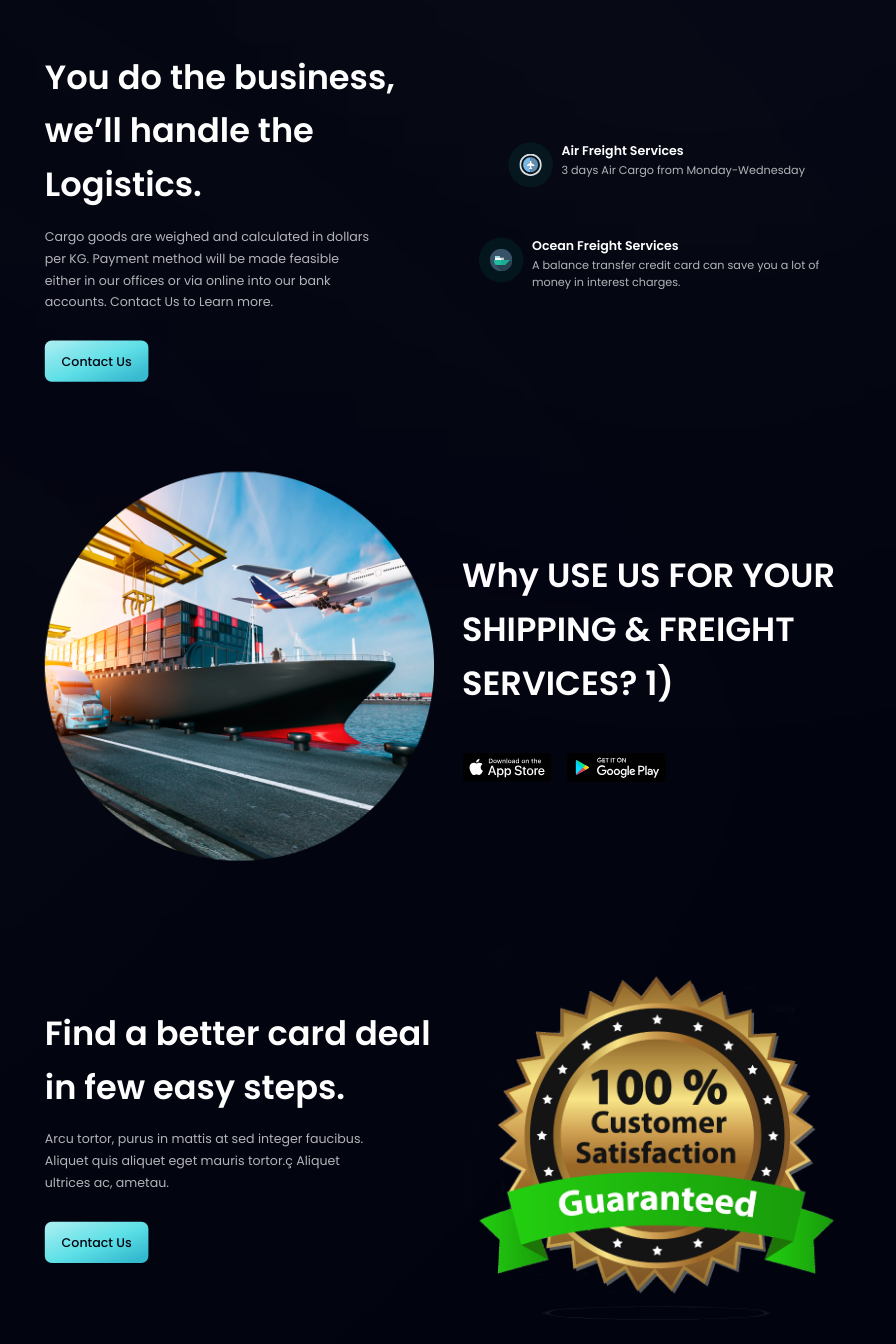
Repository: Miracleoluebube/captionlogistics
Page: /
The author's editor kept a copy of each file at every save. The page is drawn from the files as they stood at one save, then again after a run of saves.
The browser window is 1280 px wide. The pictures show the part of the page from y = 1318 to 3238 px (the page is 5409 px tall), at 70% of full size.
The project was rebuilt for these pictures with package versions that can differ from the ones it lists, and the page was loaded fresh each time. Also part of the build but not shown: vite.config.js.

Above is the page before, as saved 2022-10-02 13:08:31.

### src/index.css
/* :root {
  font-family: Inter, Avenir, Helvetica, Arial, sans-serif;
  font-size: 16px;
  line-height: 24px;
  font-weight: 400;

  color-scheme: light dark;
  color: rgba(255, 255, 255, 0.87);
  background-color: #242424;

  font-synthesis: none;
  text-rendering: optimizeLegibility;
  -webkit-font-smoothing: antialiased;
  -moz-osx-font-smoothing: grayscale;
  -webkit-text-size-adjust: 100%;
}

a {
  font-weight: 500;
  color: #646cff;
  text-decoration: inherit;
}
a:hover {
  color: #535bf2;
}

body {
  margin: 0;
  display: flex;
  place-items: center;
  min-width: 320px;
  min-height: 100vh;
}

h1 {
  font-size: 3.2em;
  line-height: 1.1;
}

button {
  border-radius: 8px;
  border: 1px solid transparent;
  padding: 0.6em 1.2em;
  font-size: 1em;
  font-weight: 500;
  font-family: inherit;
  background-color: #1a1a1a;
  cursor: pointer;
  transition: border-color 0.25s;
}
button:hover {
  border-color: #646cff;
}
button:focus,
button:focus-visible {
  outline: 4px auto -webkit-focus-ring-color;
}
*/

@import url("https://fonts.googleapis.com/css2?family=Poppins:wght@400;500;600;700;800;900&display=swap");

@tailwind base;
@tailwind components;
@tailwind utilities;

:root {
  --black-gradient: linear-gradient(
    144.39deg,
    #ffffff -278.56%,
    #6d6d6d -78.47%,
    #11101d 91.61%
  );
  --card-shadow: 0px 20px 100px -10px rgba(66, 71, 91, 0.1);
}

* {
  scroll-behavior: smooth;
}

.text-gradient {
  background: radial-gradient(
    64.18% 64.18% at 71.16% 35.69%,
    #def9fa 0.89%,
    #bef3f5 17.23%,
    #9dedf0 42.04%,
    #7de7eb 55.12%,
    #5ce1e6 71.54%,
    #33bbcf 100%
  );
  -webkit-background-clip: text;
  -webkit-text-fill-color: transparent;
  background-clip: text;
  text-fill-color: transparent;
}

.bg-blue-gradient {
  background: linear-gradient(
    157.81deg,
    #def9fa -43.27%,
    #bef3f5 -21.24%,
    #9dedf0 12.19%,
    #7de7eb 29.82%,
    #5ce1e6 51.94%,
    #33bbcf 90.29%
  );
}

.bg-black-gradient {
  background: linear-gradient(
    144.39deg,
    #ffffff -278.56%,
    #6d6d6d -78.47%,
    #11101d 91.61%
  );
}

.bg-black-gradient-2 {
  background: linear-gradient(
    -168.39deg,
    #ffffff -278.56%,
    #6d6d6d -78.47%,
    #11101d 91.61%
  );
}

.bg-gray-gradient {
  background: linear-gradient(
    153.47deg,
    rgba(255, 255, 255, 0) -341.94%,
    #14101d 95.11%
  );
}

.bg-discount-gradient {
  background: linear-gradient(125.17deg, #272727 0%, #11101d 100%);
}

.box-shadow {
  box-shadow: 0px 20px 100px -10px rgba(66, 71, 91, 0.1);
}

.sidebar {
  -webkit-animation: slide-top 0.5s cubic-bezier(0.25, 0.46, 0.45, 0.94) both;
  animation: slide-top 0.5s cubic-bezier(0.25, 0.46, 0.45, 0.94) both;
}

@-webkit-keyframes slide-top {
  0% {
    -webkit-transform: translateY(100px);
    transform: translateY(100px);
  }
  100% {
    -webkit-transform: translateY(0);
    transform: translateY(0);
  }
}

@keyframes slide-top {
  0% {
    -webkit-transform: translateY(100px);
    transform: translateY(100px);
  }
  100% {
    -webkit-transform: translateY(0);
    transform: translateY(0);
  }
}

.feature-card:hover {
  background: var(--black-gradient);
  box-shadow: var(--card-shadow);
}

.feedback-container .feedback-card:last-child {
  margin-right: 0px;
}

.feedback-card {
  background: transparent;
}

.feedback-card:hover {
  background: var(--black-gradient);
}

.blue__gradient {
  background: linear-gradient(180deg, rgba(188, 165, 255, 0) 0%, #214d76 100%);
  filter: blur(123px);
}

.pink__gradient {
  background: linear-gradient(90deg, #f4c4f3 0%, #fc67fa 100%);
  filter: blur(900px);
}

.white__gradient {
  background: rgba(255, 255, 255, 0.6);
  filter: blur(750px);
}


@media (prefers-color-scheme: light) {
  :root {
    color: #213547;
    background-color: #ffffff;
  }
  a:hover {
    color: #747bff;
  }
  button {
    background-color: #f9f9f9;
  }
}

### src/style.js
const styles = {
  boxWidth: "xl:max-w-[1280px] w-full",

  heading2: "font-poppins font-semibold xs:text-[48px] text-[40px] text-white xs:leading-[76.8px] leading-[66.8px] w-full",
  paragraph: "font-poppins font-normal text-dimWhite text-[18px] leading-[30.8px]",

  flexCenter: "flex justify-center items-center",
  flexStart: "flex justify-center items-start",

  paddingX: "sm:px-16 px-6",
  paddingY: "sm:py-16 py-6",
  padding: "sm:px-16 px-6 sm:py-12 py-4",

  marginX: "sm:mx-16 mx-6",
  marginY: "sm:my-16 my-6",
};

export const layout = {
  section: `flex md:flex-row flex-col ${styles.paddingY}`,
  sectionReverse: `flex md:flex-row flex-col-reverse ${styles.paddingY}`,

  sectionImgReverse: `flex-1 flex ${styles.flexCenter} md:mr-10 mr-0 md:mt-0 mt-10 relative`,
  sectionImg: `flex-1 flex ${styles.flexCenter} md:ml-10 ml-0 md:mt-0 mt-10 relative`,

  sectionInfo: `flex-1 ${styles.flexStart} flex-col`,
};

export default styles;

### src/components/Navbar.jsx
import { useState } from "react";

import { close, logo, menu } from "../assets";
import { navLinks } from "../constants";

const Navbar = () => {
  const [active, setActive] = useState("Home");
  const [toggle, setToggle] = useState(false);

  return (
    <nav className="w-full flex py-6 justify-between items-center navbar">
      <img src={logo} alt="hoobank" className="w-[124px] h-[32px]" />

      <ul className="list-none sm:flex hidden justify-end items-center flex-1">
        {navLinks.map((nav, index) => (
          <li
            key={nav.id}
            className={`font-poppins font-normal cursor-pointer text-[16px] ${
              active === nav.title ? "text-white" : "text-dimWhite"
            } ${index === navLinks.length - 1 ? "mr-0" : "mr-10"}`}
            onClick={() => setActive(nav.title)}
          >
            <a href={`#${nav.id}`}>{nav.title}</a>
          </li>
        ))}
      </ul>

      <div className="sm:hidden flex flex-1 justify-end items-center">
        <img
          src={toggle ? close : menu}
          alt="menu"
          className="w-[28px] h-[28px] object-contain"
          onClick={() => setToggle(!toggle)}
        />

        <div
          className={`${
            !toggle ? "hidden" : "flex"
          } p-6 bg-black-gradient absolute top-20 right-0 mx-4 my-2 min-w-[140px] rounded-xl sidebar`}
        >
          <ul className="list-none flex justify-end items-start flex-1 flex-col">
            {navLinks.map((nav, index) => (
              <li
                key={nav.id}
                className={`font-poppins font-medium cursor-pointer text-[16px] ${
                  active === nav.title ? "text-white" : "text-dimWhite"
                } ${index === navLinks.length - 1 ? "mb-0" : "mb-4"}`}
                onClick={() => setActive(nav.title)}
              >
                <a href={`#${nav.id}`}>{nav.title}</a>
              </li>
            ))}
          </ul>
        </div>
      </div>
    </nav>
  );
};

export default Navbar;

### src/components/Billing.jsx
import { apple, bill, google } from "../assets";
import styles, { layout } from "../style";

const Billing = () => (
  <section id="product" className={layout.sectionReverse}>
    <div className={layout.sectionImgReverse}>
      <img src={bill} alt="billing" className="w-[100%] h-[100%] relative z-[5]" />

      {/* gradient start */}
      <div className="absolute z-[3] -left-1/2 top-0 w-[50%] h-[50%] rounded-full white__gradient" />
      <div className="absolute z-[0] w-[50%] h-[50%] -left-1/2 bottom-0 rounded-full pink__gradient" />
      {/* gradient end */}
    </div>

    <div className={layout.sectionInfo}>
      <h2 className={styles.heading2}>
        Why USE US FOR YOUR  <br className="sm:block hidden" /> SHIPPING &
        FREIGHT SERVICES?
        1)
      </h2>
      <p className={`${styles.paragraph} max-w-[470px] mt-5`}>

      </p>

      <div className="flex flex-row flex-wrap sm:mt-10 mt-6">
        <img src={apple} alt="google_play" className="w-[128.86px] h-[42.05px] object-contain mr-5 cursor-pointer" />
        <img src={google} alt="google_play" className="w-[144.17px] h-[43.08px] object-contain cursor-pointer" />
      </div>
    </div>
  </section>
);

export default Billing;

### src/components/CardDeal.jsx
import { card } from "../assets";
import styles, { layout } from "../style";
import Button from "./Button";

const CardDeal = () => (
  <section id="contact Us" className={layout.section}>
    <div className={layout.sectionInfo}>
      <h2 className={styles.heading2}>
        Find a better card deal <br className="sm:block hidden" /> in few easy
        steps.
      </h2>
      <p className={`${styles.paragraph} max-w-[470px] mt-5`}>
        Arcu tortor, purus in mattis at sed integer faucibus. Aliquet quis
        aliquet eget mauris tortor.ç Aliquet ultrices ac, ametau.
      </p>

      <Button styles={`mt-10`} />
    </div>

    <div className={layout.sectionImg}>
      <img src={card} alt="billing" className="w-[100%] h-[100%]" />
    </div>
  </section>
);

export default CardDeal;

### src/components/Business.jsx
import { features } from "../constants";
import styles, { layout } from "../style";
import Button from "./Button";

const FeatureCard = ({ icon, title, content, index }) => (
  <div className={`flex flex-row p-6 rounded-[20px] ${index !== features.length - 1 ? "mb-6" : "mb-0"} feature-card`}>
    <div className={`w-[64px] h-[64px] rounded-full ${styles.flexCenter} bg-dimBlue`}>
      <img src={icon} alt="star" className="w-[50%] h-[50%] object-contain" />
    </div>
    <div className="flex-1 flex flex-col ml-3">
      <h4 className="font-poppins font-semibold text-white text-[18px] leading-[23.4px] mb-1">
        {title}
      </h4>
      <p className="font-poppins font-normal text-dimWhite text-[16px] leading-[24px]">
        {content}
      </p>
    </div>
  </div>
);

const Business = () =>  (
  <section id="features" className={layout.section}>
    <div className={layout.sectionInfo}>
      <h2 className={styles.heading2}>
        You do the business, <br className="sm:block hidden" /> we’ll handle
        the Logistics.
      </h2>
      <p className={`${styles.paragraph} max-w-[470px] mt-5`}>
        Cargo goods are weighed and calculated in dollars per KG.
      Payment method will be made feasible either in our offices or via online
      into our bank accounts.
      Contact Us to Learn more.
      </p>

      <Button styles={`mt-10`} />
    </div>

    <div className={`${layout.sectionImg} flex-col`}>
      {features.map((feature, index) => (
        <FeatureCard key={feature.id} {...feature} index={index} />
      ))}
    </div>
  </section>
);

export default Business;

### src/components/CTA.jsx
import styles from "../style";
import Button from "./Button";

const CTA = () => (
  <section className={`${styles.flexCenter} ${styles.marginY} ${styles.padding} sm:flex-row flex-col bg-black-gradient-2 rounded-[20px] box-shadow`}>
    <div className="flex-1 flex flex-col">
      <h2 className={styles.heading2}>Let’s try our service now!</h2>
      <p className={`${styles.paragraph} max-w-[470px] mt-5`}>
        Everything you need to accept card payments and grow your business
        anywhere on the planet.
      </p>
    </div>

    <div  className={`${styles.flexCenter} sm:ml-10 ml-0 sm:mt-0 mt-10`}>
      <Button />
    </div>
  </section>
);

export default CTA;

### src/components/Stats.jsx
import { stats } from "../constants";
import styles from "../style";

const Stats = () => (
  <section className={`${styles.flexCenter} flex-row flex-wrap sm:mb-20 mb-6`}>
    {stats.map((stat) => (
      <div key={stat.id} className={`flex-1 flex justify-start items-center flex-row m-3`} >
        <h4 className="font-poppins font-semibold xs:text-[40.89px] text-[30.89px] xs:leading-[53.16px] leading-[43.16px] text-white">
          {stat.value}
        </h4>
        <p className="font-poppins font-normal xs:text-[20.45px] text-[15.45px] xs:leading-[26.58px] leading-[21.58px] text-gradient uppercase ml-3">
          {stat.title}
        </p>
      </div>
    ))}
  </section>
);

export default Stats;

### src/components/Footer.jsx
import styles from "../style";
import { logo } from "../assets";
import { footerLinks, socialMedia } from "../constants";

const Footer = () => (
  <section className={`${styles.flexCenter} ${styles.paddingY} flex-col`}>
    <div className={`${styles.flexStart} md:flex-row flex-col mb-8 w-full`}>
      <div className="flex-[1] flex flex-col justify-start mr-10">
        <img
          src={logo}
          alt="hoobank"
          className="w-[266px] h-[72.14px] object-contain"
        />
        <p className={`${styles.paragraph} mt-4 max-w-[312px]`}>
         Head Office address: Number 10&11, A.O plaza, ground floor,
         Mandilas market Lagos island
        </p>
      </div>

      <div className="flex-[1.5] w-full flex flex-row justify-between flex-wrap md:mt-0 mt-10">
        {footerLinks.map((footerlink) => (
          <div key={footerlink.title} className={`flex flex-col ss:my-0 my-4 min-w-[150px]`}>
            <h4 className="font-poppins font-medium text-[18px] leading-[27px] text-white">
              {footerlink.title}
            </h4>
            <ul className="list-none mt-4">
              {footerlink.links.map((link, index) => (
                <li
                  key={link.name}
                  className={`font-poppins font-normal text-[16px] leading-[24px] text-dimWhite hover:text-secondary cursor-pointer ${
                    index !== footerlink.links.length - 1 ? "mb-4" : "mb-0"
                  }`}
                >
                  {link.name}
                </li>
              ))}
            </ul>
          </div>
        ))}
      </div>
    </div>

    <div className="w-full flex justify-between items-center md:flex-row flex-col pt-6 border-t-[1px] border-t-[#3F3E45]">
      <p className="font-poppins font-normal text-center text-[18px] leading-[27px] text-white">
        Copyright Ⓒ 2022. CaptionLogistics. All Rights Reserved.
      </p>

      <div className="flex flex-row md:mt-0 mt-6">
        {socialMedia.map((social, index) => (
          <img
            key={social.id}
            src={social.icon}
            alt={social.id}
            className={`w-[21px] h-[21px] object-contain cursor-pointer ${
              index !== socialMedia.length - 1 ? "mr-6" : "mr-0"
            }`}
            onClick={() => window.open(social.link)}
          />
        ))}
      </div>
    </div>
  </section>
);

export default Footer;

### src/components/Testimonials.jsx
import { feedback } from "../constants";
import styles from "../style";
import FeedbackCard from "./FeedbackCard";

const Testimonials = () => (
  <section id="clients" className={`${styles.paddingY} ${styles.flexCenter} flex-col relative `}>
    <div className="absolute z-[0] w-[60%] h-[60%] -right-[50%] rounded-full blue__gradient bottom-40" />

    <div className="w-full flex justify-between items-center md:flex-row flex-col sm:mb-16 mb-6 relative z-[1]">
      <h2 className={styles.heading2}>
        What People are <br className="sm:block hidden" /> saying about us
      </h2>
      <div className="w-full md:mt-0 mt-6">
        <p className={`${styles.paragraph} text-left max-w-[450px]`}>
          Everything you need to accept card payments and grow your business
          anywhere on the planet.
        </p>
      </div>
    </div>

    <div className="flex flex-wrap sm:justify-start justify-center w-full feedback-container relative z-[1]">
      {feedback.map((card) => <FeedbackCard key={card.id} {...card} />)}
    </div>
  </section>
);

export default Testimonials;

### src/components/Hero.jsx
import styles from "../style";
import { discount, robot } from "../assets";
import GetStarted from "./GetStarted";

const Hero = () => {
  return (
    <section id="home" className={`flex md:flex-row flex-col ${styles.paddingY}`}>
      <div className={`flex-1 ${styles.flexStart} flex-col xl:px-0 sm:px-16 px-6`}>
        <div className="flex flex-row items-center py-[6px] px-4 bg-discount-gradient rounded-[10px] mb-2">
          <img src={discount} alt="discount" className="w-[32px] h-[32px]" />
          <p className={`${styles.paragraph} ml-2`}>
            <span className="text-white">Call us </span> +234{" "}
            <span className="text-white">806 {" "} 750 {" "} 7539</span>
          </p>
        </div>

        <div className="flex flex-row justify-between items-center w-full">
          <h1 className="flex-1 font-poppins font-semibold ss:text-[72px] text-[52px] text-white ss:leading-[100.8px] leading-[75px]">
            Your trusted <br className="sm:block hidden" />{" "}
            <span className="text-gradient">Freight & Shipping</span>{" "}
          </h1>
          <div className="ss:flex hidden md:mr-4 mr-0">
            <GetStarted />
          </div>
        </div>

        <h1 className="font-poppins font-semibold ss:text-[68px] text-[52px] text-white ss:leading-[100.8px] leading-[75px] w-full">
  company From Turkey to Nigeria.
        </h1>
        <p className={`${styles.paragraph} max-w-[470px] mt-5`}>
          We are a  full-service Cargo and Logistics
          company registered under the federal Republic of Nigeria that offers freight
          and shipping of goods from Turkey
          to Nigeria.Our Mission is to retain our leadership
          in providing affordable
          & efficient service. Visit us Today.
        </p>
      </div>

      <div className={`flex-1 flex ${styles.flexCenter} md:my-0 my-10 relative`}>
        <img src={robot} alt="billing" className="w-[100%] h-[100%] relative z-[5]" />

        {/* gradient start */}
        <div className="absolute z-[0] w-[40%] h-[35%] top-0 pink__gradient" />
        <div className="absolute z-[1] w-[80%] h-[80%] rounded-full white__gradient bottom-40" />
        <div className="absolute z-[0] w-[50%] h-[50%] right-20 bottom-20 blue__gradient" />
        {/* gradient end */}
      </div>

      <div className={`ss:hidden ${styles.flexCenter}`}>
        <GetStarted />
      </div>
    </section>
  );
};

export default Hero;

### src/assets/index.js
import airbnb from "./airbnb.png";
import bill from "./bill.png";
import binance from "./binance.png";
import card from "./card.png";
import coinbase from "./coinbase.png";
import dropbox from "./dropbox.png";
import logo from "./logo.svg";
import quotes from "./quotes.svg";
import robot from "./robot.png";
import send from "./Send.svg";
import shield from "./Shield.svg";
import star from "./Star.svg";
import menu from "./menu.svg";
import close from "./close.svg";
import google from "./google.svg";
import apple from "./apple.svg";
import arrowUp from "./arrow-up.svg";
import discount from "./Discount.svg";
import facebook from "./facebook.svg";
import instagram from "./instagram.svg";
import linkedin from "./linkedin.svg";
import twitter from "./twitter.svg";
import people01 from "./people01.png";
import people02 from "./people02.png";
import people03 from "./people03.png";

export {
  airbnb,
  bill,
  binance,
  card,
  coinbase,
  dropbox,
  logo,
  quotes,
  robot,
  send,
  shield,
  star,
  menu,
  close,
  google,
  apple,
  arrowUp,
  discount,
  facebook,
  instagram,
  linkedin,
  twitter,
  people01,
  people02,
  people03,
};

### src/components/Button.jsx
import React from "react";

const Button = ({ styles }) => (
  <a href="https://wa.me/2348067507539">
  <button  type="button" className={`py-4 px-6 font-poppins font-medium text-[18px] text-primary bg-blue-gradient rounded-[10px] outline-none ${styles}`}>
    Contact Us
  </button>
  </a>
);



export default Button;

### src/components/FeedbackCard.jsx
import { quotes } from "../assets";

const FeedbackCard = ({ content, name, title, img }) => (
  <div className="flex justify-between flex-col px-10 py-12 rounded-[20px]  max-w-[370px] md:mr-10 sm:mr-5 mr-0 my-5 feedback-card">
    <img src={quotes} alt="double_quotes" className="w-[42.6px] h-[27.6px] object-contain" />
    <p className="font-poppins font-normal text-[18px] leading-[32.4px] text-white my-10">
      {content}
    </p>

    <div className="flex flex-row">
      <img src={img} alt={name} className="w-[48px] h-[48px] rounded-full" />
      <div className="flex flex-col ml-4">
        <h4 className="font-poppins font-semibold text-[20px] leading-[32px] text-white">
          {name}
        </h4>
        <p className="font-poppins font-normal text-[16px] leading-[24px] text-dimWhite">
          {title}
        </p>
      </div>
    </div>
  </div>
);


export default FeedbackCard;

### src/components/GetStarted.jsx
import styles from "../style";
import { arrowUp } from "../assets";

const GetStarted = () => (
  <div className={`${styles.flexCenter} w-[140px] h-[140px] rounded-full bg-blue-gradient p-[2px] cursor-pointer`}>
    <div className={`${styles.flexCenter} flex-col bg-primary w-[100%] h-[100%] rounded-full`}>
      <div className={`${styles.flexStart} flex-row`}>
        <p className="font-poppins font-medium text-[18px] leading-[23.4px]">
          <span className="text-gradient">Track Your</span>
        </p>
        <img src={arrowUp} alt="arrow-up" className="w-[23px] h-[23px] object-contain" />
      </div>

      <p className="font-poppins font-medium text-[18px] leading-[23.4px]">
        <span className="text-gradient">Goods</span>
      </p>
    </div>
  </div>
);

export default GetStarted;

Loaded but not shown: index.html (common file); src/main.jsx (common file); src/App.jsx (common file); src/components/index.js (common file); src/components/Clients.jsx (common file); tailwind.config.cjs (common file); src/constants/index.js (203 lines, source omitted)

After the next 2 saves:
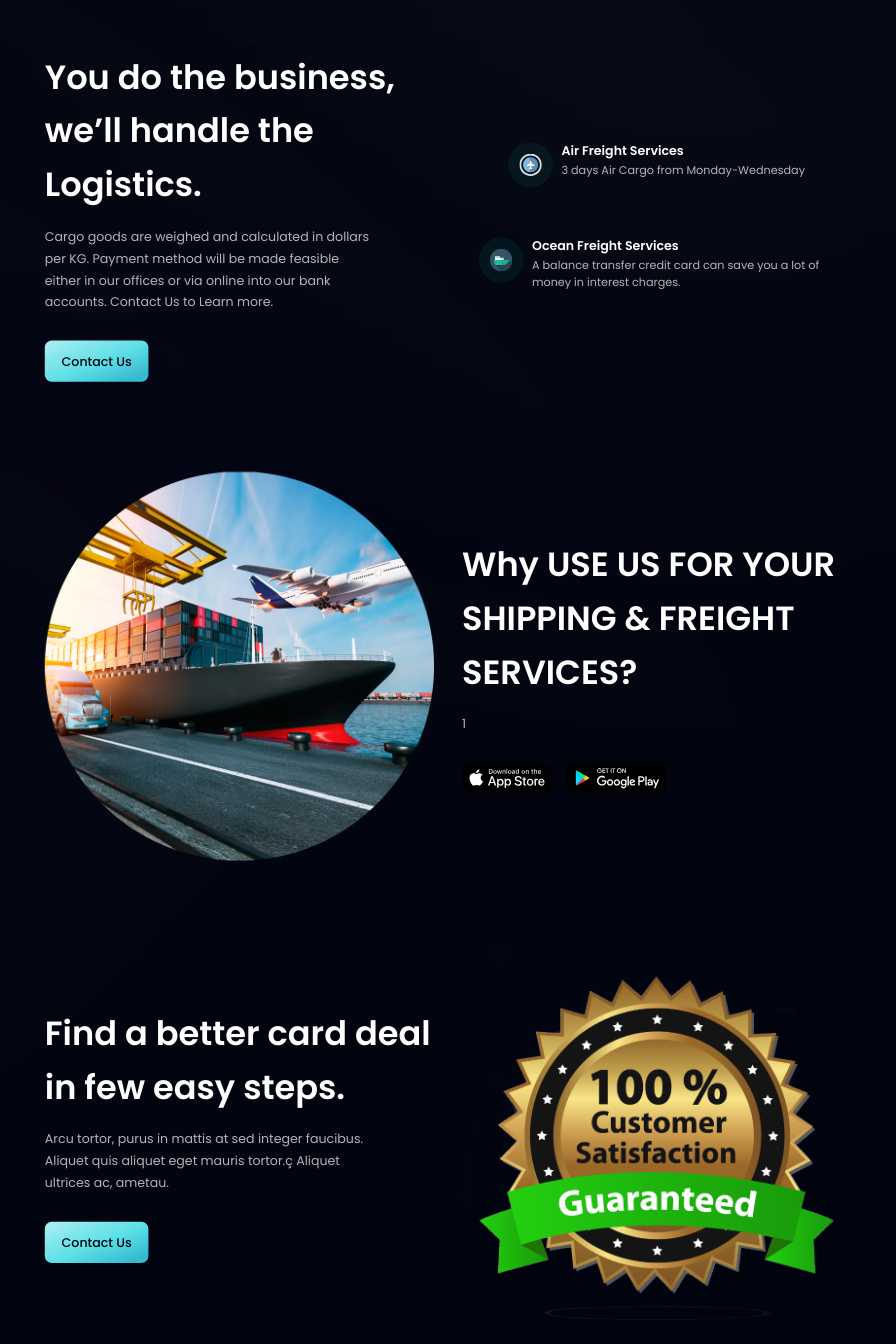
The 2 saves are shown as one change because they came seconds apart.
The last was saved 16 s later.
--- a/src/components/Billing.jsx
+++ b/src/components/Billing.jsx
@@ -16,10 +16,10 @@
       <h2 className={styles.heading2}>
         Why USE US FOR YOUR  <br className="sm:block hidden" /> SHIPPING &
         FREIGHT SERVICES?
-        1)
+
       </h2>
       <p className={`${styles.paragraph} max-w-[470px] mt-5`}>
-
+      1
       </p>
 
       <div className="flex flex-row flex-wrap sm:mt-10 mt-6">
